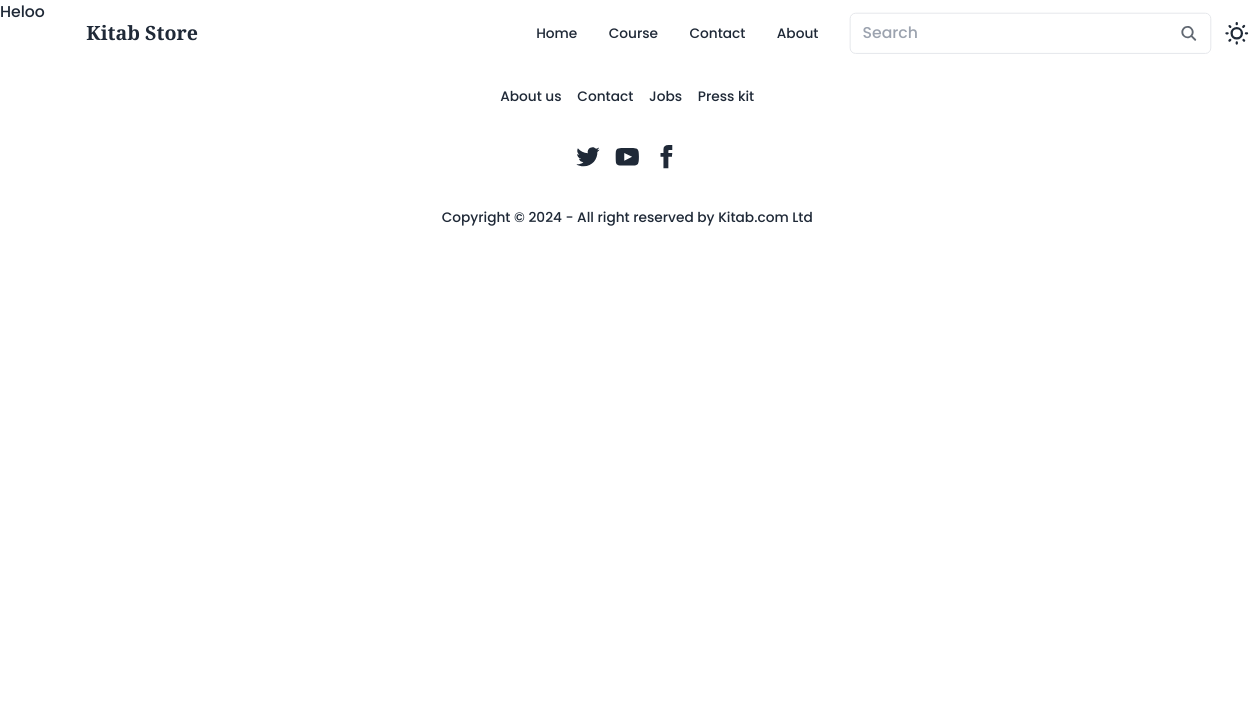
Repository: diensy/Kitab.com
Page: /Course (app in Frontend/)
An editor plug-in stored every save of this project. The page is shown before and after a run of saves, followed by the edit.
The browser window is 1280 px wide. The pictures show the whole page, at 98% of full size.
The project was rebuilt for these pictures with package versions that can differ from the ones it lists, and the page was loaded fresh each time. Also part of the build but not shown: Frontend/vite.config.js, Frontend/src/Components/Banner.jsx, Frontend/src/Components/Card.jsx, Frontend/src/Components/FreeBook_Section.jsx, Frontend/src/Home/Home.jsx.

Above is the page before, as saved 2024-08-01 01:25:21.

After the next 3 saves:
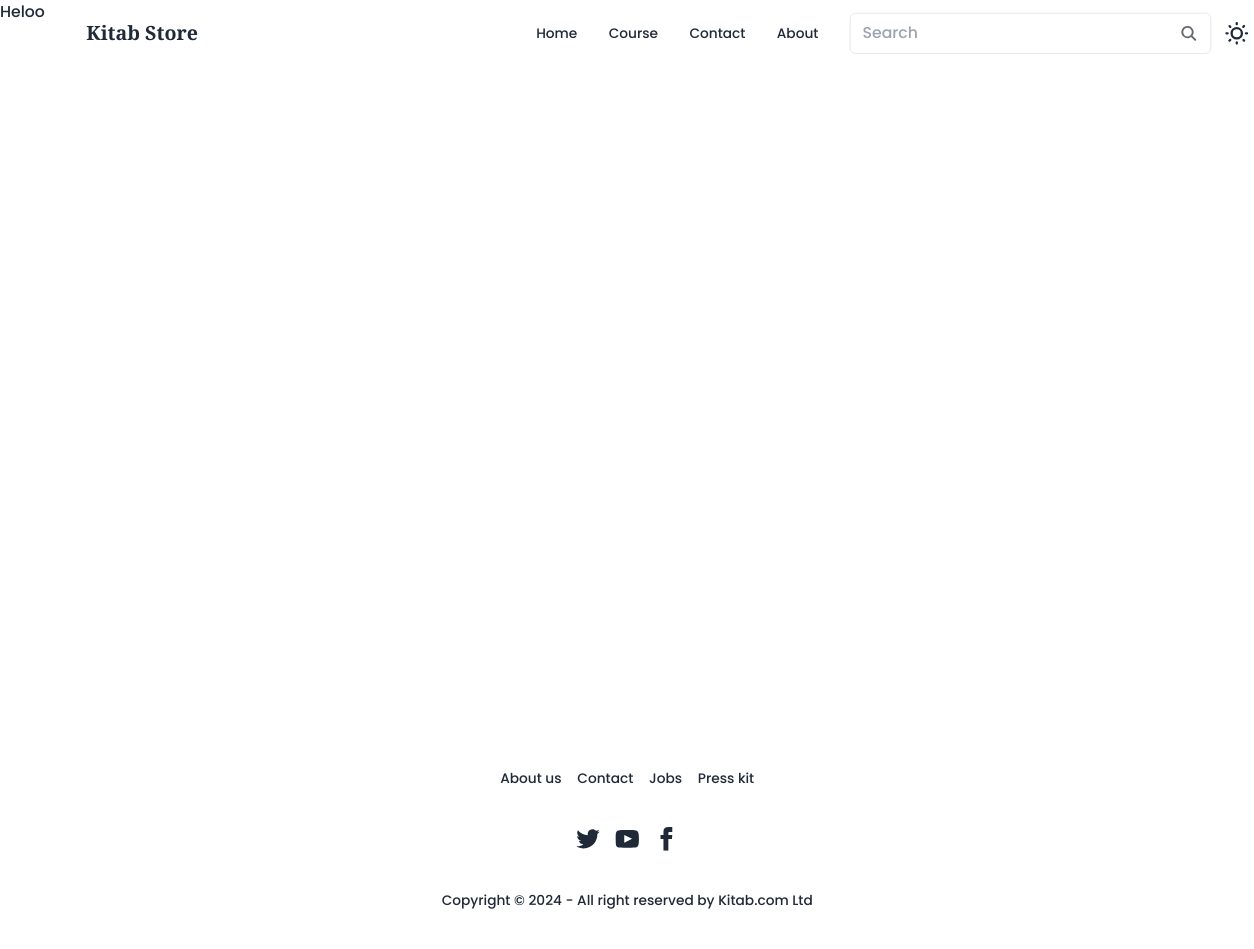
The 3 saves are shown as one change because they came seconds apart.
The last was saved 9 s later.
--- a/Frontend/src/Courses/Courses.jsx
+++ b/Frontend/src/Courses/Courses.jsx
@@ -7,8 +7,8 @@ const Courses = () => {
   return (
     <>
       <Navbar />
-      <div className="">
-      <Course />
+      <div className="min-h-screen">
+        <Course />
       </div>
       <Footer />
     </>
